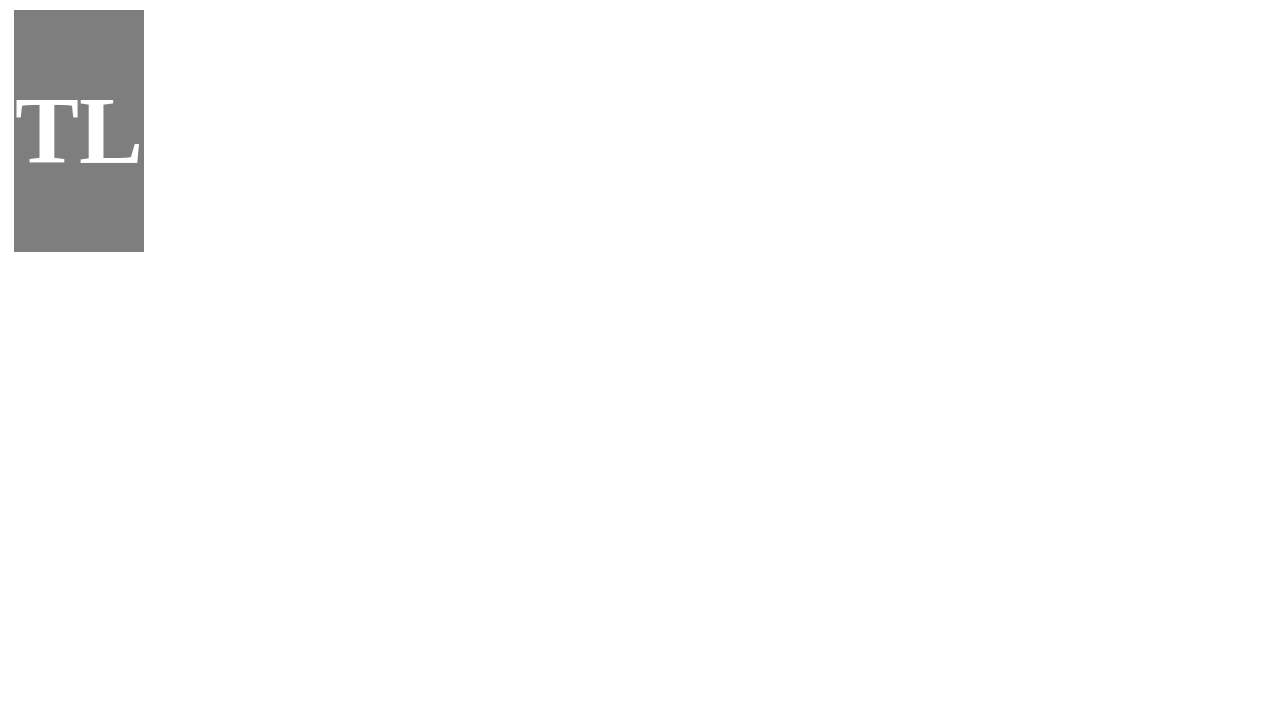
Repository: DAXMZB/Project
Page: http://localhost/SP2/addMemberSuccess.jsp
These files come from the project's save history. The page is drawn as it stood at one moment and after the next save; the edit follows.
The browser window is 1280 px wide. The pictures show the whole page.
The page is served by Tomcat 9. Other server files are loaded and not shown.

Above is the page before, as saved 2026-02-09 05:51:32.

### SP2/src/main/webapp/addMemberSuccess.jsp
<%@ page language="java" contentType="text/html; charset=UTF-8"
	pageEncoding="UTF-8"%>
<!DOCTYPE html>
<html>
<head>
<meta charset="UTF-8">
<title>Insert title here</title>
</head>
<body>
	<table>
		<tr>
			<td><%@include file="title.jsp"%></td>
		</tr>
	</table>

</body>
</html>

### SP2/src/main/webapp/title.jsp
<%@ page language="java" contentType="text/html; charset=UTF-8"
	pageEncoding="UTF-8"%>
<!DOCTYPE html>
<html>
<head>
<meta charset="UTF-8">
<title>Insert title here</title>
</head>
<body>
	<td colspan=2 bgcolor=black style="opacity: 0.5" align=center><font
		color=white size=7><b><h1>TL</h1></b></font></td>
</body>
</html>

After the next save:
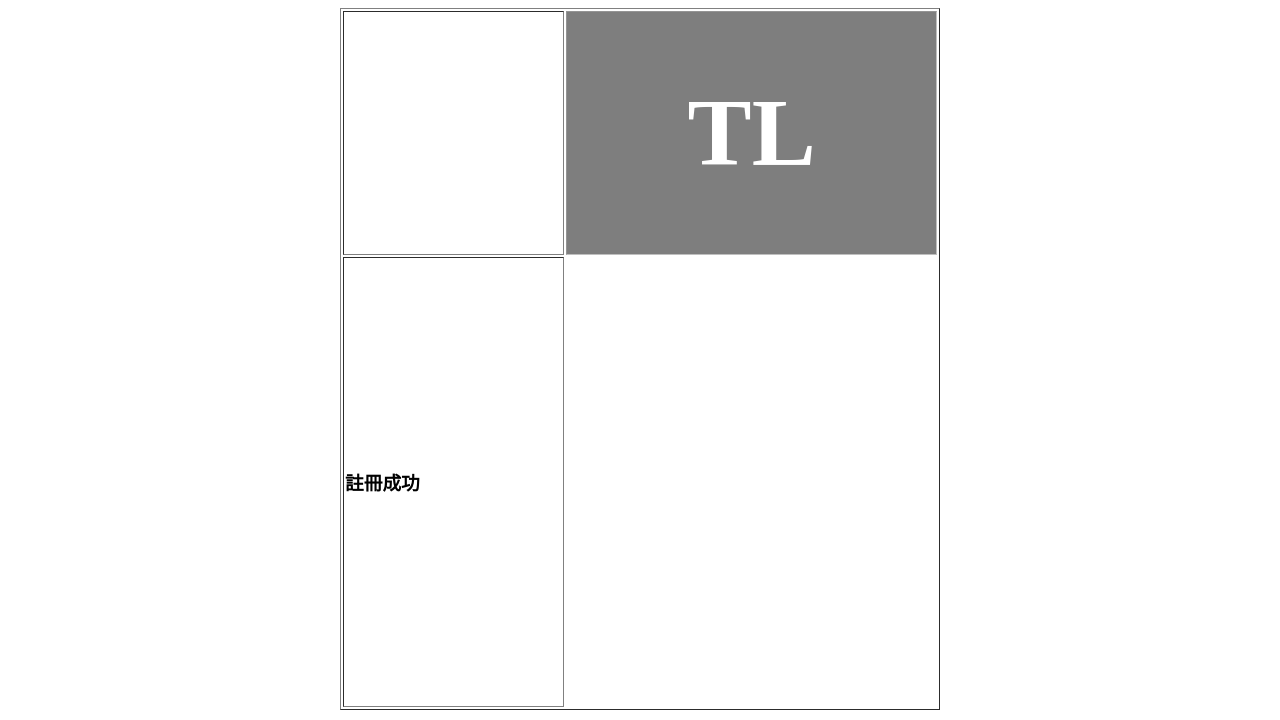
Saved 4 min 9 s later.
--- a/SP2/src/main/webapp/addMemberSuccess.jsp
+++ b/SP2/src/main/webapp/addMemberSuccess.jsp
@@ -7,9 +7,14 @@
 <title>Insert title here</title>
 </head>
 <body>
-	<table>
-		<tr>
+	<table width=600 align=center border=1>
+		<tr height=100>
 			<td><%@include file="title.jsp"%></td>
+		</tr>
+		<tr height=450>
+
+			<td><h3>註冊成功</h3></td>
+
 		</tr>
 	</table>
 
